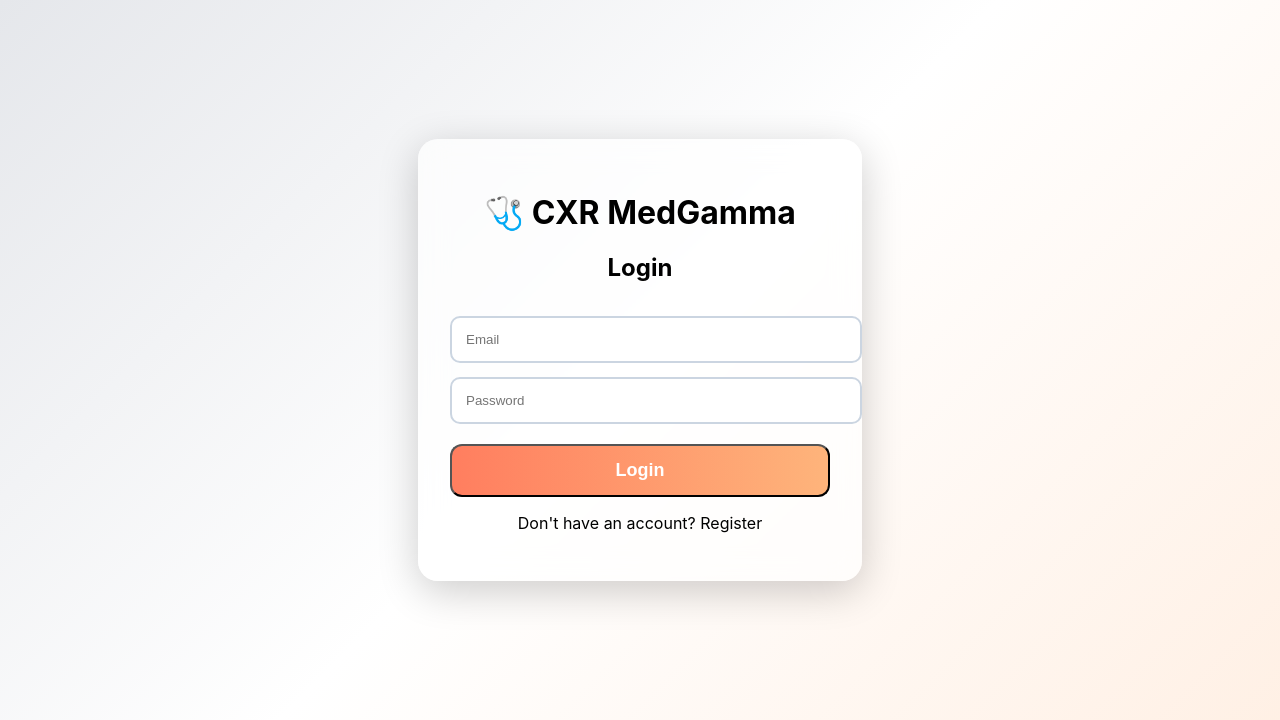
Repository: G-725/cxr-rrg
Page: / (app in my-react-app/)
An editor plug-in stored every save of this project. The page is shown before and after the next save, followed by the edit.
The browser window is 1280 px wide. The pictures show the whole page.
The project was rebuilt for these pictures with package versions that can differ from the ones it lists, and the page was loaded fresh each time. Also part of the build but not shown: my-react-app/src/pages/Register.js, my-react-app/src/components/Navbar.css, my-react-app/src/components/Navbar.js, my-react-app/src/pages/UserDashboard.js. Imported but missing from the stored project, and not drawn on this page: my-react-app/src/api.

Above is the page before, as saved 2025-11-29 15:31:07.

### my-react-app/src/App.js
import { BrowserRouter, Routes, Route } from "react-router-dom";
import Login from "./pages/Login";
import Register from "./pages/Register";
import UserDashboard from "./pages/UserDashboard";

function App() {
  return (
    <BrowserRouter>
      <Routes>
        <Route path="/" element={<Login />} />
        <Route path="/register" element={<Register />} />
        <Route path="/dashboard" element={<UserDashboard />} />
      </Routes>
    </BrowserRouter>
  );
}

export default App;

### my-react-app/src/pages/login.js
import axios from "axios";
import { useState } from "react";
import { API_URL } from "../api";
import { useNavigate } from "react-router-dom";
import "../auth.css";

function Login() {
  const nav = useNavigate();
  const [email, setEmail] = useState("");
  const [password, setPassword] = useState("");

  const loginUser = async () => {
    try {
      const res = await axios.post(`${API_URL}/api/auth/login`, {
        email,
        password,
      });

      localStorage.setItem("email", email);

      if (res.data.role === "doctor") nav("/doctor");
      else nav("/user");
    } catch (err) {
      alert("Invalid credentials");
    }
  };

  return (
    <div className="auth-container fade">
      <div className="auth-card slide-up">
        <h1 className="logo-title">🩺 CXR MedGamma</h1>
        <h2>Login</h2>

        <input
          className="auth-input"
          placeholder="Email"
          onChange={(e) => setEmail(e.target.value)}
        />

        <input
          type="password"
          className="auth-input"
          placeholder="Password"
          onChange={(e) => setPassword(e.target.value)}
        />

        <button className="auth-btn" onClick={loginUser}>
          Login
        </button>

        <p className="switch-text">
          Don't have an account?{" "}
          <span onClick={() => nav("/register")} className="link-text">
            Register
          </span>
        </p>
      </div>
    </div>
  );
}

export default Login;

### my-react-app/src/auth.css
.auth-container {
  height: 100vh;
  background: linear-gradient(135deg, #e5e7eb, #ffffff, #feb47b33);
  display: flex;
  justify-content: center;
  align-items: center;
}

.auth-card {
  width: 380px;
  background: rgba(255,255,255,0.65);
  backdrop-filter: blur(14px);
  padding: 32px;
  border-radius: 20px;
  text-align: center;
  box-shadow: 0 10px 40px rgba(0,0,0,0.2);
}

.ashom-title {
  font-size: 26px;
  font-weight: 800;
  color: #ff7e5f;
}

.auth-input {
  width: 100%;
  padding: 14px;
  margin-top: 14px;
  border-radius: 10px;
  border: 2px solid #cbd5e1;
}

.auth-btn {
  width: 100%;
  padding: 14px;
  margin-top: 20px;
  background: linear-gradient(90deg, #ff7e5f, #feb47b);
  border-radius: 12px;
  color: white;
  font-size: 18px;
  font-weight: bold;
}

.link {
  color: #ff7e5f;
  cursor: pointer;
}

### my-react-app/src/dashboard.css
@import './styles/premium.css';
/* ===============================
  Dashboard Background
================================== */
.dashboard-bg {
  min-height: 100vh;
  background: linear-gradient(180deg, rgba(11,18,35,0.95), rgba(6,10,18,0.95));
  padding-bottom: 40px;
}

/* ===============================
   Main Container
================================== */
.premium-container {
  width: 95%;
  max-width: 1100px;
  margin: 24px auto;
  text-align: left;
}

/* Title stays centered ALWAYS */
.dash-title {
  text-align: center !important;
  width: 100%;
  font-size: 32px;
  font-weight: 800;
  color: var(--primary);
  margin-bottom: 18px;
}

/* ===============================
   Upload Card (glass style)
================================== */
.upload-card {
  background: var(--panel-bg);
  border-radius: var(--radius-lg);
  padding: 26px;
  backdrop-filter: blur(10px);
  box-shadow: var(--card-shadow);
  animation: popIn 0.6s ease;
  max-width: 700px;
  margin: 0 auto 30px auto;
  min-height: 300px;
}

.card-title {
  font-size: 20px;
  font-weight: 700;
  margin-bottom: 15px;
}

/* Inputs */
.file-upload {
  width: 100%;
  padding: 16px;
  background: rgba(255,255,255,0.03);
  border: 2px dashed rgba(255,255,255,0.06);
  border-radius: 12px;
  color: var(--primary);
  transition: 0.3s ease;
  box-sizing: border-box; /* include padding in width */
  display: inline-block;
  max-width: 100%;
  overflow: hidden; /* guard against long filenames causing overflow */
}

.file-upload:hover {
  border-color: var(--accent1);
}

/* Ensure the standard button inside file input doesn't overflow the container */
/* Modern browsers support ::file-selector-button and WebKit has ::-webkit-file-upload-button */
.file-upload::file-selector-button,
.file-upload::-webkit-file-upload-button {
  padding: 8px 12px;
  margin-right: 8px;
  border-radius: 10px;
  border: none;
  background: linear-gradient(90deg, var(--accent1), var(--accent2));
  color: #fff;
  font-weight: 700;
  cursor: pointer;
}
.file-upload::file-selector-button:hover,
.file-upload::-webkit-file-upload-button:hover {
  transform: translateY(-2px);
  box-shadow: 0 6px 18px rgba(0,0,0,0.18);
}

.notes-input {
  width: 100%;
  margin-top: 12px;
  height: 90px;
  padding: 12px;
  border-radius: 12px;
  border: 2px solid rgba(255,255,255,0.06);
  background: rgba(0,0,0,0.06);
  color: var(--primary);
  transition: 0.3s ease;
  box-sizing: border-box; /* prevent content overflow from padding */
  max-width: 100%;
  resize: vertical; /* allow user to expand vertically only */
  overflow: auto; /* ensure text doesn't break layout */
}

.notes-input:focus {
  border-color: var(--accent2);
  box-shadow: 0 0 18px rgba(254,180,123,0.12);
  outline: none;
}

/* Analyze button */
.analyze-btn {
  width: 100%;
  padding: 16px;
  border-radius: 12px;
  border: none;
  margin-top: 18px;
  font-size: 18px;
  font-weight: 700;
  color: white;
  background: linear-gradient(90deg, var(--accent1), var(--accent2));
  cursor: pointer;
  transition: 0.3s ease;
}

.glow-btn:hover {
  transform: translateY(-3px);
  box-shadow: 0 12px 40px rgba(59, 130, 246, 0.18);
}

/* ===============================
   Diagnosis Report Card (fixed width)
================================== */
.diagnosis-card {
  margin: 30px auto;
  max-width: 700px;
  width: 100%;
  background: var(--panel-bg);
  border-radius: 22px;
  backdrop-filter: blur(14px);
  box-shadow: 0 12px 35px rgba(0, 0, 0, 0.25);
  min-height: 300px;
}

/* Report title stays centered ALWAYS */
.diagnosis-header {
  background: linear-gradient(90deg, var(--accent1), var(--accent2));
  padding: 18px;
  font-size: 20px;
  font-weight: 800;
  color: #111827;
  text-align: center !important;
}

/* Content */
.diagnosis-content {
  padding: 20px;
  text-align: left;
}

.diagnosis-item {
  max-width: 650px;
  margin: 0 auto 12px auto;
  display: flex;
  justify-content: space-between;
}

.label {
  font-weight: 700;
  color: #374151;
}
.value {
  color: #4b5563;
  text-align: right;
}

/* Image centering and size fix */
.diagnosis-img {
  width: 100%;
  max-width: 650px;
  margin: 20px auto;
  border-radius: 16px;
  display: block;
  box-shadow: 0 8px 18px rgba(0, 0, 0, 0.25);
  transition: 0.3s ease;
}

.diagnosis-img:hover {
  transform: scale(1.03);
}

/* Timestamp */
.timestamp {
  margin-top: 12px;
  font-size: 14px;
  color: #6b7280;
  text-align: center;
}

/* Animations */
@keyframes popIn {
  from {
    opacity: 0;
    transform: scale(0.92);
  }
  to {
    opacity: 1;
    transform: scale(1);
  }
}

.premium-slide {
  animation: popIn 0.6s ease-out;
}

/* Two-column layout when result exists */
.container-grid {
  display: grid;
  grid-template-columns: 1fr 420px;
  gap: 26px;
  align-items: start;
}

.container-grid .upload-card, .container-grid .diagnosis-card {
  margin: 0;
}

/* Make the report card a bit sticky to keep it in view */
.container-grid .diagnosis-card {
  position: sticky;
  top: 90px;
}

.upload-card, .diagnosis-card {
  transition: transform 0.35s ease, box-shadow 0.35s ease;
}

.upload-card.pop-in {
  transform: translateY(0);
}

/* responsive adjustments */
@media (max-width: 900px) {
  .container-grid { grid-template-columns: 1fr; }
  .container-grid .diagnosis-card { position: static; top: auto; }
}

### my-react-app/src/styles/premium.css
/* Premium Theme variables */
:root {
  --bg-start: #0f172a;
  --bg-end: #0b1223;
  --panel-bg: rgba(255, 255, 255, 0.06);
  --glass-bg: rgba(255, 255, 255, 0.04);
  --accent1: #ff7e5f;
  --accent2: #feb47b;
  --primary: #e6eef8;
  --muted: #9aa4b2;
  --card-shadow: 0 10px 30px rgba(2,6,23,0.55);
  --radius-lg: 18px;
  --radius-md: 12px;
}

/* Some utility classes */
.premium-page {
  background: linear-gradient(180deg, var(--bg-start), var(--bg-end));
  min-height: 100vh;
  color: var(--primary);
}

.premium-panel {
  background: linear-gradient(180deg, rgba(255,255,255,0.02), rgba(255,255,255,0.01));
  border-radius: var(--radius-lg);
  padding: 18px;
  box-shadow: var(--card-shadow);
  border: 1px solid rgba(255,255,255,0.03);
}

/* gold-badge removed — no longer used in navbar */

.upgrade-btn {
  padding: 10px 14px;
  background: linear-gradient(90deg, var(--accent1), var(--accent2));
  color: white;
  border-radius: 10px;
  border: 0;
  font-weight: 700;
  cursor: pointer;
  box-shadow: 0 8px 30px rgba(59, 130, 246, 0.12) inset, 0 6px 18px rgba(0,0,0,0.25);
}

.container-grid {
  display: grid;
  grid-template-columns: 1fr 320px;
  gap: 20px;
  align-items: start;
}

.card-grid {
  display: grid;
  grid-template-columns: repeat(auto-fit, minmax(220px, 1fr));
  gap: 18px;
}

@media (max-width: 900px) {
  .container-grid { grid-template-columns: 1fr; }
}

Loaded but not shown: my-react-app/public/index.html (common file); my-react-app/src/index.js (common file); my-react-app/src/index.css (common file); my-react-app/src/reportWebVitals.js (common file)

After the next save:
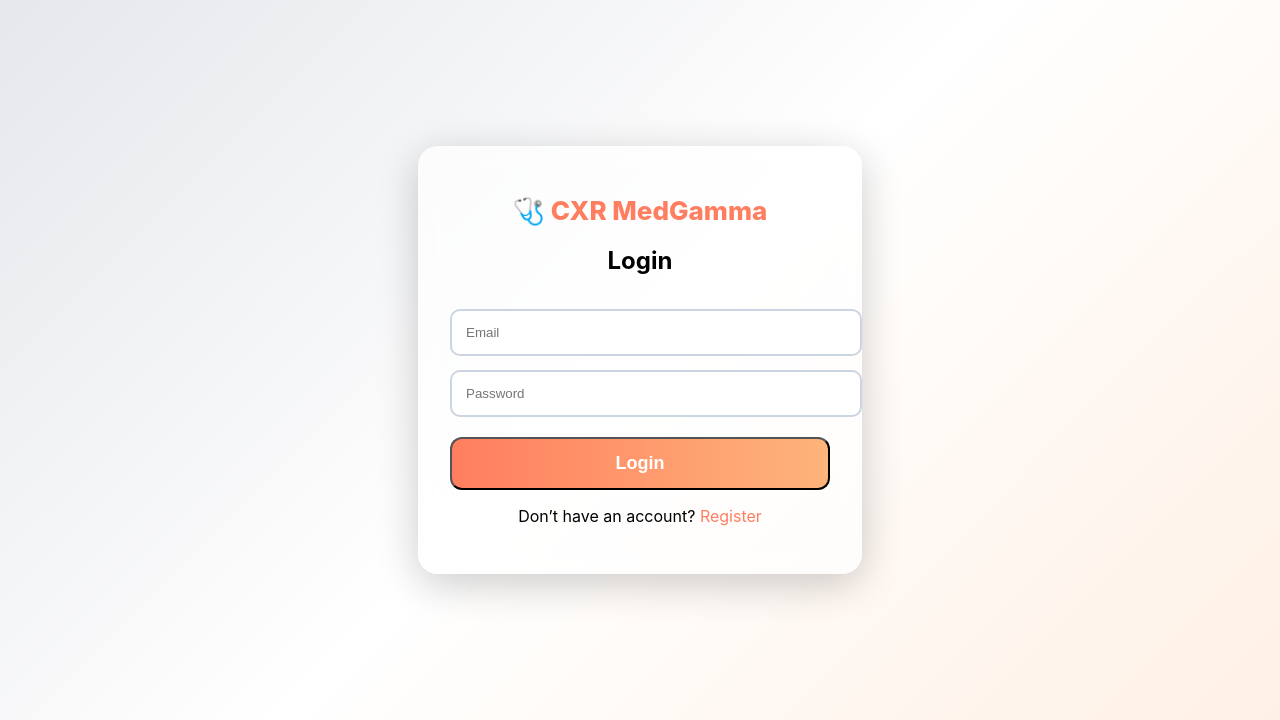
Saved 8 s later.
--- a/my-react-app/src/pages/login.js
+++ b/my-react-app/src/pages/login.js
@@ -11,24 +11,18 @@ function Login() {
 
   const loginUser = async () => {
     try {
-      const res = await axios.post(`${API_URL}/api/auth/login`, {
-        email,
-        password,
-      });
-
+      await axios.post(`${API_URL}/api/auth/login`, { email, password });
       localStorage.setItem("email", email);
-
-      if (res.data.role === "doctor") nav("/doctor");
-      else nav("/user");
+      nav("/dashboard");
     } catch (err) {
       alert("Invalid credentials");
     }
   };
 
   return (
-    <div className="auth-container fade">
-      <div className="auth-card slide-up">
-        <h1 className="logo-title">🩺 CXR MedGamma</h1>
+    <div className="auth-container">
+      <div className="auth-card">
+        <h1 className="ashom-title">🩺 CXR MedGamma</h1>
         <h2>Login</h2>
 
         <input
@@ -38,9 +32,9 @@ function Login() {
         />
 
         <input
-          type="password"
           className="auth-input"
           placeholder="Password"
+          type="password"
           onChange={(e) => setPassword(e.target.value)}
         />
 
@@ -49,8 +43,8 @@ function Login() {
         </button>
 
         <p className="switch-text">
-          Don't have an account?{" "}
-          <span onClick={() => nav("/register")} className="link-text">
+          Don’t have an account?{" "}
+          <span className="link" onClick={() => nav("/register")}>
             Register
           </span>
         </p>
